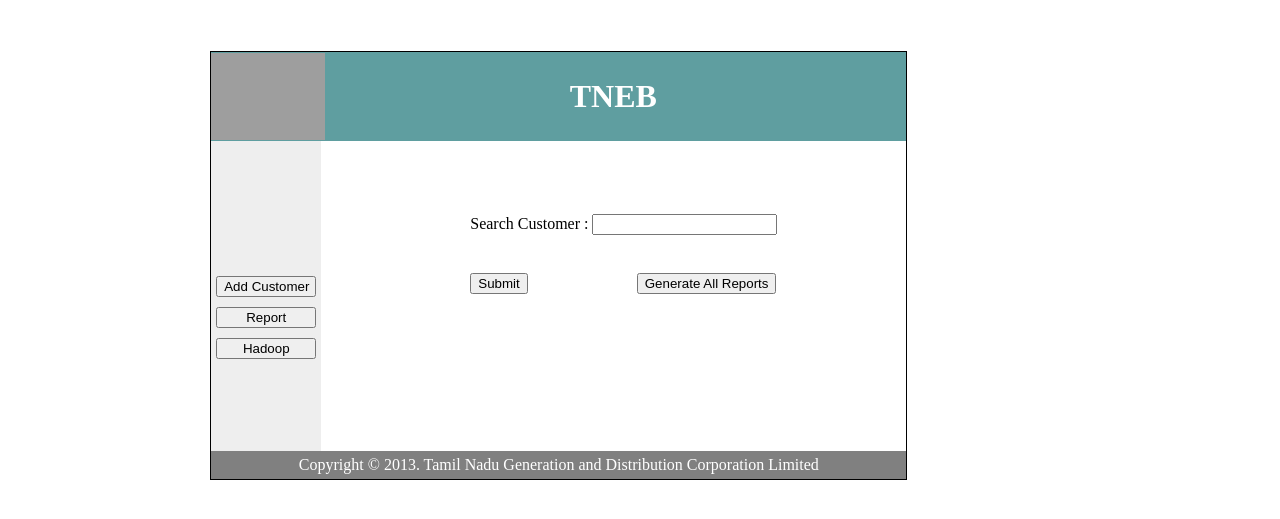
Repository: vjbrocode/Hackathon
Page: http://localhost/TNEB_billing/BillReport.jsp
The author's editor kept a copy of each file at every save. The page is drawn from the files as they stood at one save, then again after the next save.
The browser window is 1280 px wide. The pictures show the whole page.
Pictures or frames that could not be fetched are drawn as grey boxes. Some web libraries are served in a nearby version. The page is served by Tomcat 9. Other server files are loaded and not shown.

Above is the page before, as saved 2015-07-06 21:07:53.

### workspace/TNEB billing/WebContent/BillReport.jsp
<%@ page language="java" contentType="text/html; charset=ISO-8859-1"
   pageEncoding="ISO-8859-1"%>
<!DOCTYPE html PUBLIC "-//W3C//DTD HTML 4.01 Transitional//EN" "http://www.w3.org/TR/html4/loose.dtd">
<html>
   <head>
      <meta http-equiv="Content-Type" content="text/html; charset=ISO-8859-1">
      <title>TNEB</title>
      <style>
	     #container{
			border: 1px solid black;
			border-image: none;
			width: 55%;
			margin-top: 4%;
			 margin-left: 16%;
		 }
         #header {
         background-color:cadetBlue;
         color:white;
         text-align:center;
         padding:5px;
         }
         #nav {
         line-height:30px;
         background-color:#eeeeee;
         height:300px;
         width:100px;
         float:left;
         padding:5px;
         }
         #section {
         width:350px;
         float:left;
         padding:10px;
		  margin-top: 9%;
		  margin-left: 20%;
         }
         #footer {
         background-color:grey;
         color:white;
         clear:both;
         text-align:center;
         padding:5px;
         }
      </style>
   </head>
   <script src="https://ajax.googleapis.com/ajax/libs/jquery/1.11.3/jquery.min.js"></script>
   <script>
   function myfunction(){
	    var divHtml = '<div>Customer Name : <input type="text" name="custName"></div>';
	        divHtml = divHtml+ '<div>Customer Id : <input type="text" name="newCustId" style="margin-left: 7%;"></div>';
			divHtml = divHtml+ '<div>Address : <input type="text" name="address" style="margin-left: 14.75%;">';
			divHtml = divHtml+ '<input type="submit" name="insertCust" value="Insert"></div>';
	     $('#section').html(divHtml);
	   }
   function myReportfun(){
	   var divhtml = 'Search Customer : <input type="text" value=""  name="report" />';
			   divhtml = divhtml+'<input type="submit" value="Submit" />';
				divhtml = divhtml+'<input type="submit" value="Generate All Reports" name="report" style="margin-top: 11%; margin-left: 30%;" />';
		$('#section').html(divhtml);
   }
   </script>
   <body>
      <form action="serv/bill" method="post">
	  <div id="container">
         <div id="header">
			<img src="C:\Users\Administrator\Desktop\tneblogo.jpg" style="width: 114px; height: 87px; margin-top: -4px; margin-left: -5px; float: left;"/>
            <h1>TNEB</h1>
         </div>
         <div id="nav">
            <input type="button" value="Add Customer" onclick="myfunction();" style="width:100%;margin-top: 130%;">
            <input type="button" value="Report" onclick="myReportfun();" style="width:100%; margin-top: 10%;">
            <input type="submit" value="Hadoop" name="hadoop" style="width:100%; margin-top: 10%;">
         </div>
         <div id="section">
             Search Customer : <input type="text" value=""  name="custId" />
 	         <input type="submit" value="Submit" />
  	         <input type="submit" value="Generate All Reports" name="report" style="margin-top: 11%; margin-left: 30%;" />
         </div>
         <div id="footer">
           Copyright © 2013.  Tamil Nadu Generation and Distribution Corporation Limited
         </div>
		</div>
      </form>
   </body>
</html>

After the next save:
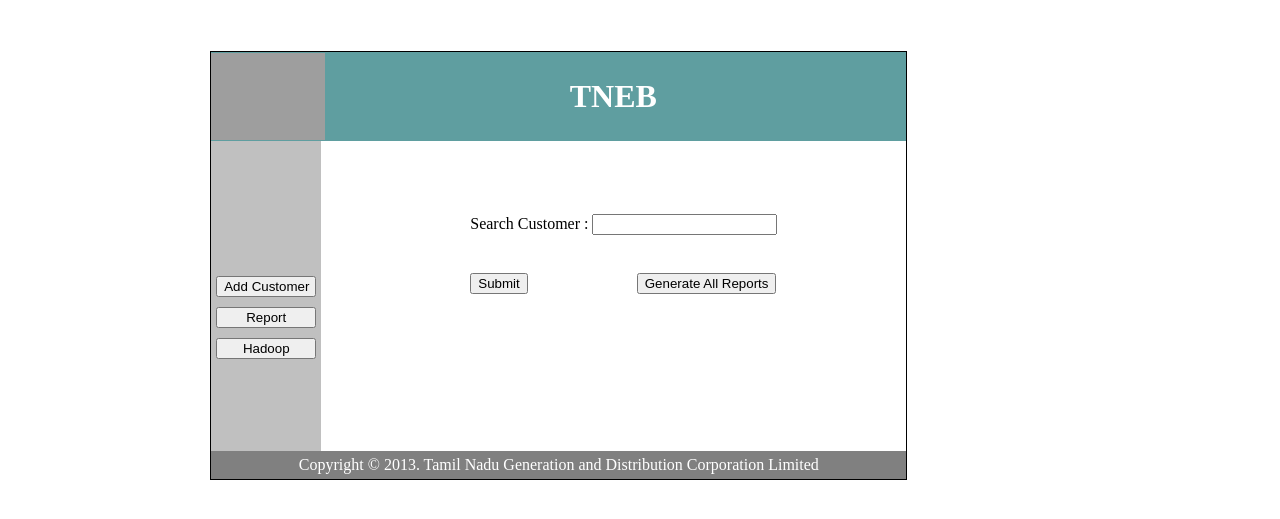
Saved 3 min 30 s later.
--- a/workspace/TNEB billing/WebContent/BillReport.jsp
+++ b/workspace/TNEB billing/WebContent/BillReport.jsp
@@ -21,7 +21,7 @@
          }
          #nav {
          line-height:30px;
-         background-color:#eeeeee;
+         background-color:silver;
          height:300px;
          width:100px;
          float:left;
